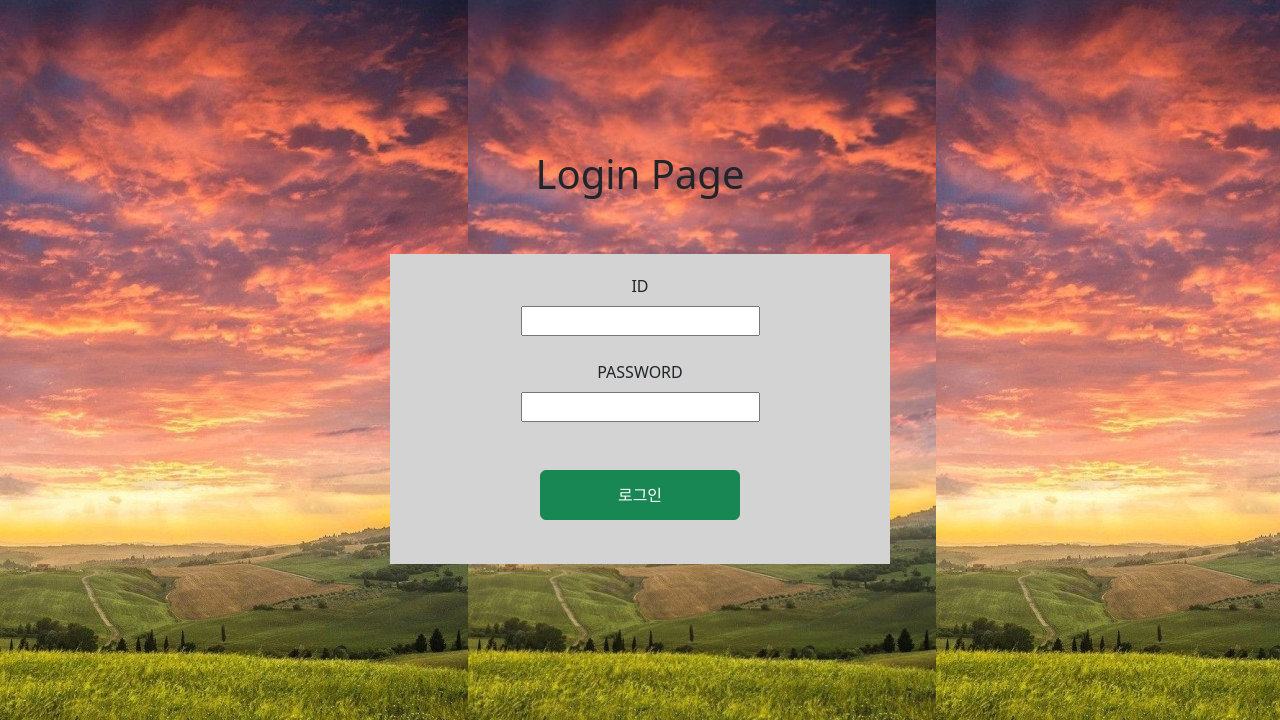
Repository: doridori890130/JSP
Page: http://localhost/jsp_project/mem/login
An editor plug-in stored every save of this project. The page is shown before and after the next save, followed by the edit.
The browser window is 1280 px wide. The pictures show the whole page.
The page is served by Tomcat 9.

Above is the page before, as saved 2023-06-01 04:24:53.

After the next save:
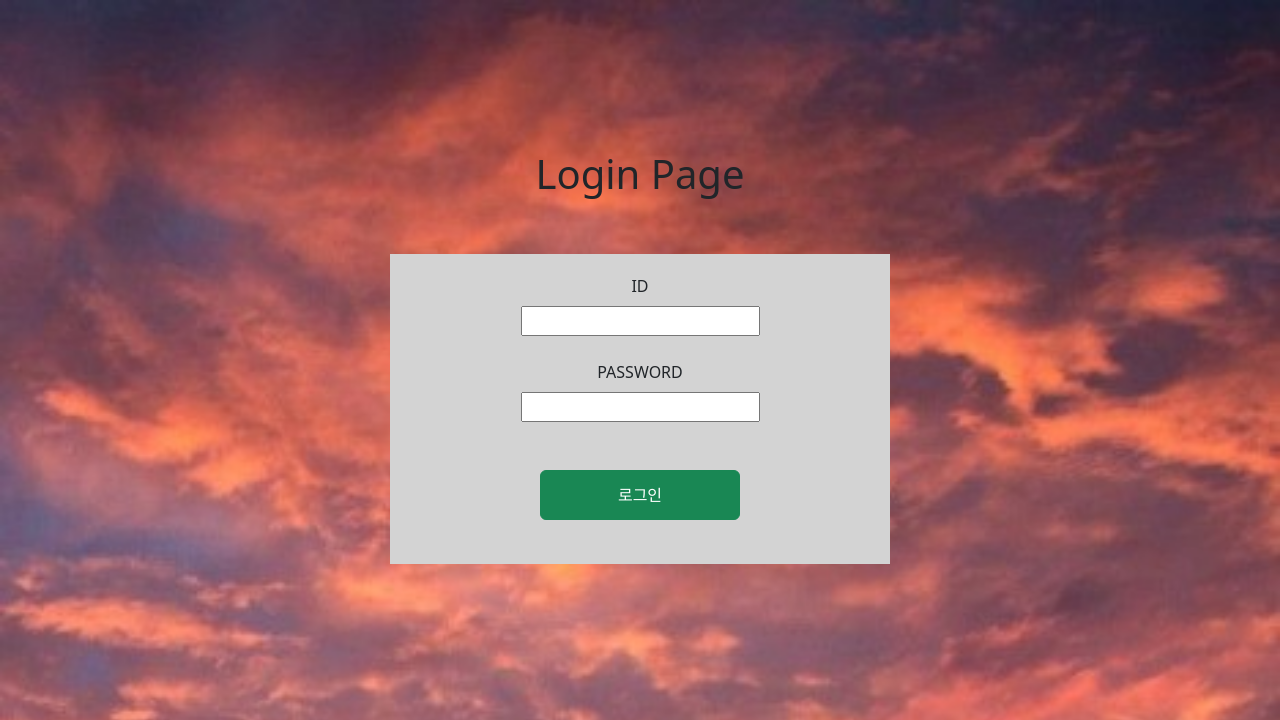
Saved 27 s later.
--- a/jsp_project4/jsp_project/src/main/webapp/member/login.jsp
+++ b/jsp_project4/jsp_project/src/main/webapp/member/login.jsp
@@ -10,7 +10,8 @@
 <style type="text/css">
  body{
  	background-image: url("/img/노을.jpg");
-
+ 	background-repeat: no-repeat;
+ 	background-size: 100%;
  }
  H1{
  	text-align: center;
